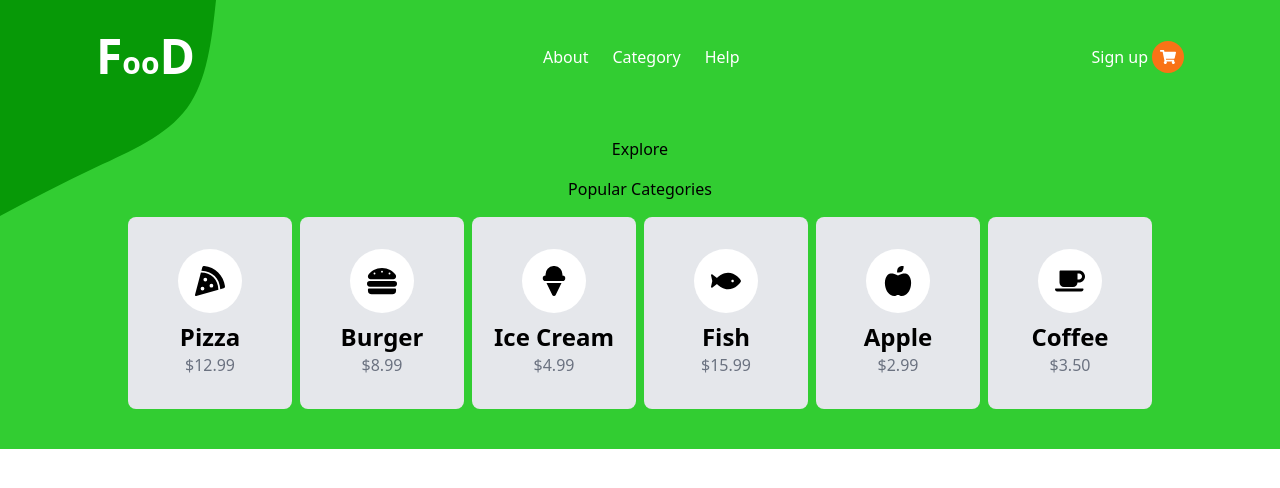
Repository: KhushiCode14/FoodWeb
Page: /category (app in frontend/)
The author's editor kept a copy of each file at every save. The page is drawn from the files as they stood at one save, then again after the next save.
The browser window is 1280 px wide. The pictures show the whole page.
The project was rebuilt for these pictures with package versions that can differ from the ones it lists, and the page was loaded fresh each time. Also part of the build but not shown: frontend/src/Pages/Home.tsx, frontend/src/components/Home/SignUp.tsx, frontend/src/components/Home/SignIn.tsx, frontend/src/components/Home/Cart.tsx.

Above is the page before, as saved 2024-09-24 12:21:48.

### frontend/src/index.css
@tailwind base;
@tailwind components;
@tailwind utilities;

.bgBack{
  background-image: url(../src/components/images/background.svg);
}
.bgSignUp{
  background-image:url(../src/components/images/signUpBg.jpeg);
}
.SignUpShadow{
  box-shadow: rgba(0, 0, 0, 0.24) 0px 3px 8px;
}

### frontend/src/App.tsx
import { Route, BrowserRouter as Router, Routes, } from 'react-router-dom';
import './App.css';
import Navbar from './Pages/Navbar';
import Home from './Pages/Home';
import SignUp from './components/Home/SignUp';
import SignIn from './components/Home/SignIn';
import Cart from './components/Home/Cart';
import Category from './components/categories/Category';

function App() {
  return (
    <div className="App bgBack m-0 px-20 pt-2 max-sm:px-3 max-sm:pt-1">
      <Router>
        <Navbar />
        <Routes>
          <Route path="/" element={<Home />} />
          <Route path="/signUp" element={<SignUp />} />
          {/* Sign Up: This action is for new users who want to create an account. */}
          <Route path="/signIn" element={<SignIn />} />
          {/* Sign In: This action is for users who already have an account */}
          <Route path="/cart" element={<Cart />} />
         <Route  path="/category" element={<Category/>} />
          {/*<Route  path="/contact" element={Contact} /> */}
        </Routes>

      </Router>

    </div>
  );
}

export default App;

### frontend/src/Pages/Navbar.tsx
import { NavLink, Link } from "react-router-dom";
import { FaShoppingCart, FaCartPlus } from "react-icons/fa";
import { useState } from "react";
import { IoReorderThreeOutline } from "react-icons/io5";

interface Nav {
  to: string;
  linkName: string;
}

const Navbar: React.FC = () => {
  const [sign, setSign] = useState<string>('Sign up');
  const [menu, setMenu] = useState<boolean>(false);
  const [cart, setCart] = useState<JSX.Element>(<FaShoppingCart />);

  const navLinks: Nav[] = [
    { to: "/about", linkName: "About" },
    { to: "/category", linkName: "Category" },
    { to: "/help", linkName: "Help" },
  ];

  const handleSignToggle = () => {
    setSign((prev) => (prev === 'Sign up' ? 'Sign in' : 'Sign up'));
  };

  const handleCartToggle = () => {
    setCart((prevCart) =>
      prevCart.type === FaShoppingCart ? <FaCartPlus /> : <FaShoppingCart />
    );
  };

  return (
    <div className="mt-2 flex justify-between items-center text-white  p-4">
      <div className="font-bold text-3xl">
        <Link to="/">
          <span className="text-5xl">F</span>oo<span className="text-5xl">D</span>
        </Link>
      </div>

      {/* Desktop Menu */}
      <div className="hidden md:flex">
        {navLinks.map((link, index) => (
          <Link key={index} to={link.to} className="mx-3 hover:text-gray-400">
            {link.linkName}
          </Link>
        ))}
      </div>

      {/* Mobile Menu Button */}
      <div className="flex items-center relative">
        <button className="hidden md:block">
          <NavLink to="/signUp" onClick={handleSignToggle} className="m-1">
            {sign}
          </NavLink>
        </button>

        <div onClick={handleCartToggle} className="bg-orange-500 p-2 rounded-full cursor-pointer">
         <Link to="/cart"> {cart}</Link>
        </div>

        <div className="md:hidden flex items-center ml-3">
          <IoReorderThreeOutline onClick={() => setMenu(!menu)} className="text-2xl cursor-pointer" />
        </div>
      </div>

      {/* Mobile Dropdown Menu */}
      {menu && (
        <div className="md:hidden mt-2 absolute right-0 w-40 bg-orange-500  p-2 rounded-lg z-10 top-20">
          <ul className="flex flex-col">
            {navLinks.map((link, index) => (
              <li key={index} className="my-1">
                <Link to={link.to} className="block px-4 py-2 text-white text-1xl  hover:bg-orange-800 rounded">
                  {link.linkName}
                </Link>
              </li>
            ))}
          </ul>
        </div>
      )}
    </div>
  );
};

export default Navbar;

### frontend/src/components/categories/Category.tsx
import React from 'react'
import Card from './Card'

const Category = () => {
  return (
    <div className='flex flex-col p-10  gap-4 items-center justify-center'>
      <div className='flex-1'><button>Explore</button></div>
      <div className='flex-1' ><h1>Popular Categories</h1></div>
      {/* cards */}
      <div className='flex-1'>
       <Card/>
      </div>
    </div>
  )
}

export default Category

### frontend/src/components/categories/Card.tsx
import React from 'react'
import { FaPizzaSlice, FaHamburger, FaIceCream,  FaCoffee, FaAppleAlt, FaFish } from 'react-icons/fa';
interface FoodItem {
  id: number;
  name: string;
  price: number;
  icon: JSX.Element;
}
const foodItems: FoodItem[] = [
  {
    id: 1,
    name: 'Pizza',
    price: 12.99,
    icon: <FaPizzaSlice />,
  },
  {
    id: 2,
    name: 'Burger',
    price: 8.99,
    icon: <FaHamburger />,
  },
  {
    id: 3,
    name: 'Ice Cream',
    price: 4.99,
    icon: <FaIceCream />,
  }
  ,
  {
    id: 4,
    name: 'Fish',
    price: 15.99,
    icon: <FaFish />,
  },
  {
    id: 5,
    name: 'Apple',
    price: 2.99,
    icon: <FaAppleAlt />,
  },
  {
    id: 6,
    name: 'Coffee',
    price: 3.50,
    icon: <FaCoffee />,
  },
  // {
  //   id: 7,
  //   name: 'Hot Dog',
  //   price: 5.49,
  //   icon: <FaHotdog />,
  // },
  // {
  //   id: 8,
  //   name: 'Chicken Drumstick',
  //   price: 9.99,
  //   icon: <FaDrumstickBite />,
  // },
];

const Card: React.FC = () => {

  return (
    <div className=" flex gap-2 ">
      {foodItems.map((item) => (
      <div
      key={item.id}
      className="bg-gray-200 p-3 flex flex-col items-center justify-center w-[164px] h-48 rounded-lg"
    >
      <div className="icon rounded-full bg-white p-2 flex items-center justify-center w-16 h-16 text-3xl">
        {item.icon}
      </div>
      <h3 className="mt-2 text-center font-bold text-2xl">{item.name}</h3>
      <p className="text-center text-gray-500">${item.price.toFixed(2)}</p>
    </div>

      ))}
    </div>
  )
}

export default Card

### frontend/tailwind.config.js
/** @type {import('tailwindcss').Config} */
module.exports = {
  content: [
    "./src/**/*.{js,jsx,ts,tsx}",
  ],
  theme: {
    extend: {
      fontFamily: {
        'cursive': ['Pacifico', 'cursive']
      }
    },
  },
  plugins: [],
}

Loaded but not shown: frontend/public/index.html (common file); frontend/src/index.tsx (common file); frontend/src/reportWebVitals.ts (common file); frontend/src/App.css (no stored copy; drawn as an empty file)

After the next save:
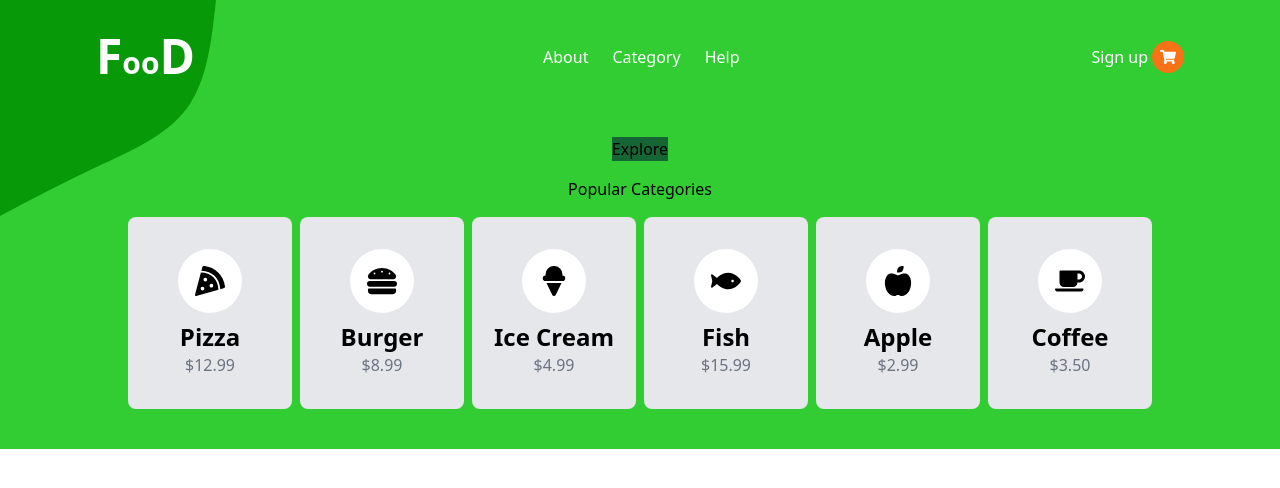
Saved 13 s later.
--- a/frontend/src/components/categories/Category.tsx
+++ b/frontend/src/components/categories/Category.tsx
@@ -4,7 +4,7 @@ import Card from './Card'
 const Category = () => {
   return (
     <div className='flex flex-col p-10  gap-4 items-center justify-center'>
-      <div className='flex-1'><button>Explore</button></div>
+      <div className='flex-1 bg-green-800'><button>Explore</button></div>
       <div className='flex-1' ><h1>Popular Categories</h1></div>
       {/* cards */}
       <div className='flex-1'>
